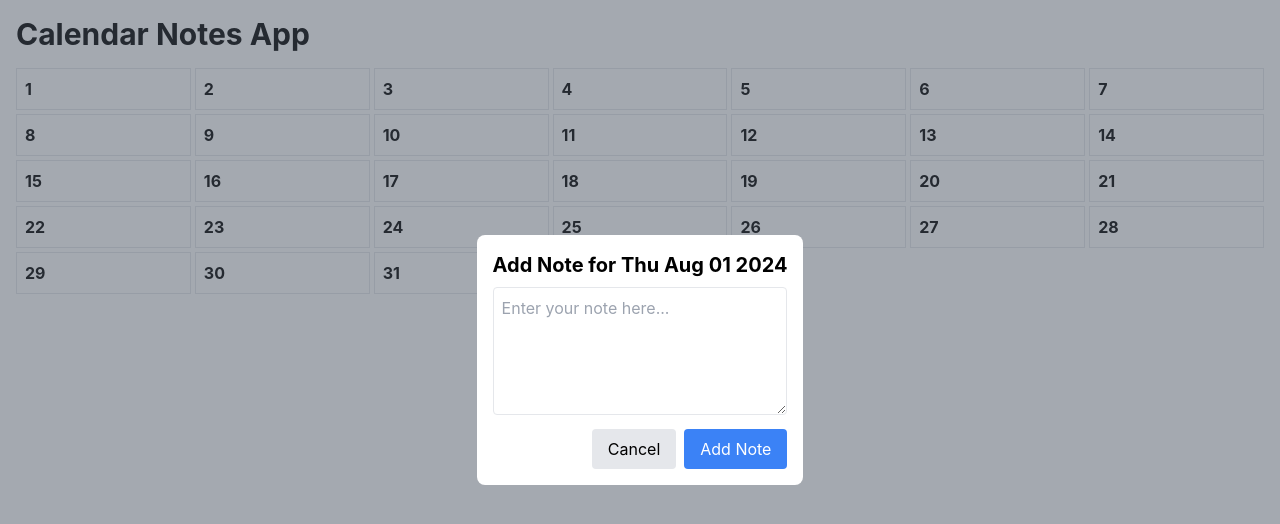
Repository: boogerjosh/Calendar-Notes-App
Page: /, after clicking the first element matching `div.cursor-pointer`
These files come from the project's save history. The page is drawn as it stood at one moment and after the next save; the edit follows.
The browser window is 1280 px wide. The pictures show the whole page.
The project was rebuilt for these pictures with package versions that can differ from the ones it lists, and the page was loaded fresh each time.

Above is the page before, as saved 2024-08-04 07:37:01.

### src/App.tsx
import React, { useState } from 'react';
import Calendar from './components/Calendar';
import NoteModal from './components/NoteModal';

interface Note {
  date: Date;
  content: string;
}

const App: React.FC = () => {
  const [selectedDate, setSelectedDate] = useState<Date | null>(null);
  const [notes, setNotes] = useState<Note[]>([]);
  const [isModalOpen, setIsModalOpen] = useState(false);

  const handleDateClick = (date: Date) => {
    setSelectedDate(date);
    setIsModalOpen(true);
  };

  const handleAddNote = (content: string) => {
    if (selectedDate) {
      setNotes([...notes, { date: selectedDate, content }]);
      setIsModalOpen(false);
    }
  };

  return (
    <div className="container mx-auto p-4">
      <h1 className="text-3xl font-bold mb-4">Calendar Notes App</h1>
      <Calendar onDateClick={handleDateClick} notes={notes} />
      {isModalOpen && selectedDate && (
        <NoteModal
          date={selectedDate}
          onClose={() => setIsModalOpen(false)}
          onAddNote={handleAddNote}
        />
      )}
    </div>
  );
};

export default App;

### src/components/Calendar.tsx
import React from 'react';

interface CalendarProps {
  onDateClick: (date: Date) => void;
  notes: { date: Date; content: string }[];
}

const Calendar: React.FC<CalendarProps> = ({ onDateClick, notes }) => {
  const currentDate = new Date();
  const daysInMonth = new Date(currentDate.getFullYear(), currentDate.getMonth() + 1, 0).getDate();

  const renderCalendarDays = () => {
    const days = [];
    for (let i = 1; i <= daysInMonth; i++) {
      const date = new Date(currentDate.getFullYear(), currentDate.getMonth(), i);
      const hasNote = notes.some(note => note.date.toDateString() === date.toDateString());

      days.push(
        <div
          key={i}
          className={`p-2 border cursor-pointer ${hasNote ? 'bg-blue-100' : ''}`}
          onClick={() => onDateClick(date)}
        >
          <span className="font-bold">{i}</span>
          {hasNote && <div className="w-2 h-2 bg-blue-500 rounded-full ml-1"></div>}
        </div>
      );
    }
    return days;
  };

  return (
    <div className="grid grid-cols-7 gap-1">
      {renderCalendarDays()}
    </div>
  );
};

export default Calendar;

### src/components/NoteModal.tsx
import React, { useState } from 'react';

interface NoteModalProps {
  date: Date;
  onClose: () => void;
  onAddNote: (content: string) => void;
}

const NoteModal: React.FC<NoteModalProps> = ({ date, onClose, onAddNote }) => {
  const [noteContent, setNoteContent] = useState('');

  const handleSubmit = (e: React.FormEvent) => {
    e.preventDefault();
    onAddNote(noteContent);
    setNoteContent('');
  };

  return (
    <div className="fixed inset-0 bg-gray-600 bg-opacity-50 flex justify-center items-center">
      <div className="bg-white p-4 rounded-lg">
        <h2 className="text-xl font-bold mb-2">Add Note for {date.toDateString()}</h2>
        <form onSubmit={handleSubmit}>
          <textarea
            className="w-full h-32 p-2 border rounded"
            value={noteContent}
            onChange={(e) => setNoteContent(e.target.value)}
            placeholder="Enter your note here..."
          ></textarea>
          <div className="mt-2 flex justify-end">
            <button
              type="button"
              className="px-4 py-2 bg-gray-200 rounded mr-2"
              onClick={onClose}
            >
              Cancel
            </button>
            <button
              type="submit"
              className="px-4 py-2 bg-blue-500 text-white rounded"
            >
              Add Note
            </button>
          </div>
        </form>
      </div>
    </div>
  );
};

export default NoteModal;

Loaded but not shown: public/index.html (common file); src/index.tsx (common file); src/index.css (common file); src/reportWebVitals.ts (common file); tailwind.config.js (common file)

After the next save:
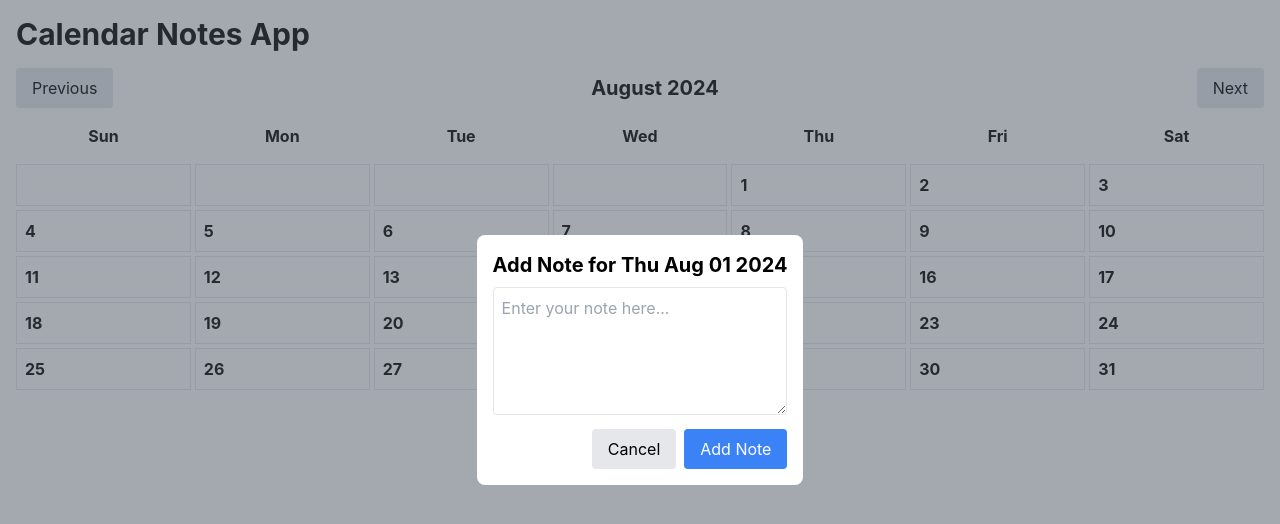
Saved 2 min 29 s later.
--- a/src/components/Calendar.tsx
+++ b/src/components/Calendar.tsx
@@ -1,4 +1,4 @@
-import React from 'react';
+import React, { useState } from 'react';
 
 interface CalendarProps {
   onDateClick: (date: Date) => void;
@@ -6,32 +6,83 @@ interface CalendarProps {
 }
 
 const Calendar: React.FC<CalendarProps> = ({ onDateClick, notes }) => {
-  const currentDate = new Date();
-  const daysInMonth = new Date(currentDate.getFullYear(), currentDate.getMonth() + 1, 0).getDate();
+  const [currentDate, setCurrentDate] = useState(new Date());
+  const monthNames = ["January", "February", "March", "April", "May", "June", "July", "August", "September", "October", "November", "December"];
+
+  const getDaysInMonth = (year: number, month: number) => {
+    return new Date(year, month + 1, 0).getDate();
+  };
+
+  const getFirstDayOfMonth = (year: number, month: number) => {
+    return new Date(year, month, 1).getDay();
+  };
 
   const renderCalendarDays = () => {
+    const year = currentDate.getFullYear();
+    const month = currentDate.getMonth();
+    const daysInMonth = getDaysInMonth(year, month);
+    const firstDayOfMonth = getFirstDayOfMonth(year, month);
+
     const days = [];
+
+    // Add empty cells for days before the first day of the month
+    for (let i = 0; i < firstDayOfMonth; i++) {
+      days.push(<div key={`empty-${i}`} className="p-2 border"></div>);
+    }
+
+    // Add cells for each day of the month
     for (let i = 1; i <= daysInMonth; i++) {
-      const date = new Date(currentDate.getFullYear(), currentDate.getMonth(), i);
+      const date = new Date(year, month, i);
       const hasNote = notes.some(note => note.date.toDateString() === date.toDateString());
 
       days.push(
         <div
           key={i}
-          className={`p-2 border cursor-pointer ${hasNote ? 'bg-blue-100' : ''}`}
+          className={`p-2 border cursor-pointer hover:bg-gray-100 ${hasNote ? 'bg-blue-100' : ''}`}
           onClick={() => onDateClick(date)}
         >
           <span className="font-bold">{i}</span>
-          {hasNote && <div className="w-2 h-2 bg-blue-500 rounded-full ml-1"></div>}
+          {hasNote && <div className="w-2 h-2 bg-blue-500 rounded-full ml-1 inline-block"></div>}
         </div>
       );
     }
+
     return days;
   };
 
+  const navigateMonth = (direction: 'prev' | 'next') => {
+    setCurrentDate(prevDate => {
+      const newDate = new Date(prevDate);
+      if (direction === 'prev') {
+        newDate.setMonth(prevDate.getMonth() - 1);
+      } else {
+        newDate.setMonth(prevDate.getMonth() + 1);
+      }
+      return newDate;
+    });
+  };
+
   return (
-    <div className="grid grid-cols-7 gap-1">
-      {renderCalendarDays()}
+    <div>
+      <div className="flex justify-between items-center mb-4">
+        <button onClick={() => navigateMonth('prev')} className="px-4 py-2 bg-gray-200 rounded">
+          Previous
+        </button>
+        <h2 className="text-xl font-bold">
+          {monthNames[currentDate.getMonth()]} {currentDate.getFullYear()}
+        </h2>
+        <button onClick={() => navigateMonth('next')} className="px-4 py-2 bg-gray-200 rounded">
+          Next
+        </button>
+      </div>
+      <div className="grid grid-cols-7 gap-1 mb-4">
+        {['Sun', 'Mon', 'Tue', 'Wed', 'Thu', 'Fri', 'Sat'].map(day => (
+          <div key={day} className="font-bold text-center">{day}</div>
+        ))}
+      </div>
+      <div className="grid grid-cols-7 gap-1">
+        {renderCalendarDays()}
+      </div>
     </div>
   );
 };
